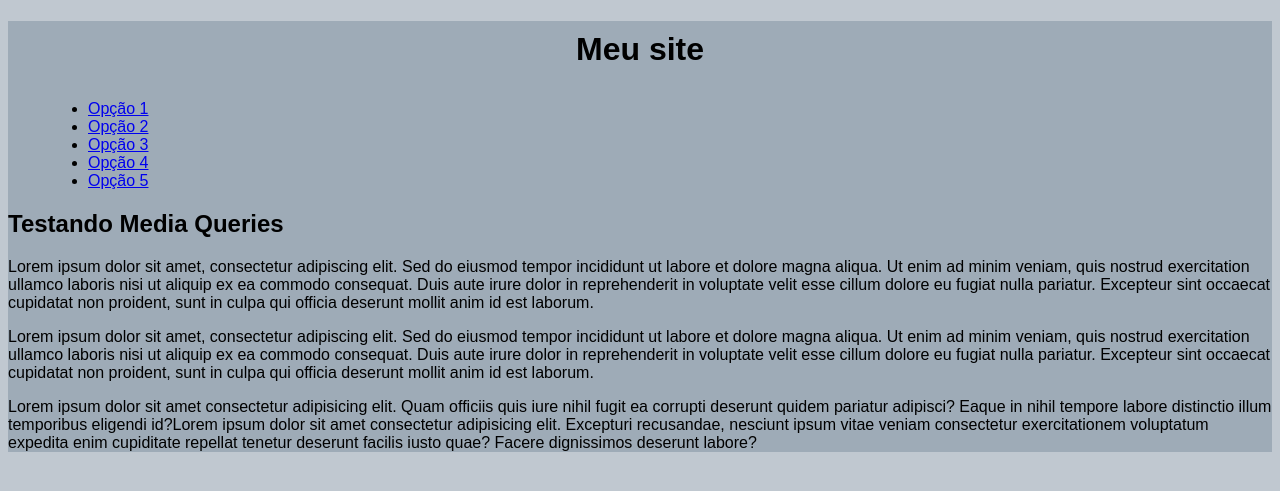
Repository: Sandro1969-tech/menu-hamburger
Page: index.html
The author's editor kept a copy of each file at every save. The page is drawn from the files as they stood at one save, then again after the next save.
The browser window is 1280 px wide. The pictures show the whole page.

Above is the page before, as saved 2025-12-25 18:03:52.

After the next save:
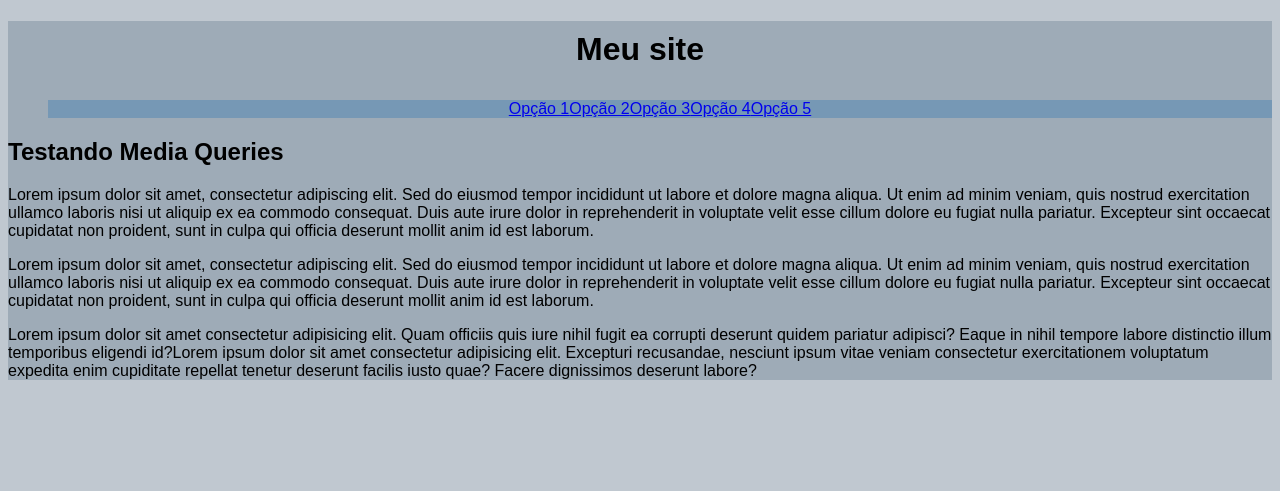
Saved 12 s later.
--- a/style.css
+++ b/style.css
@@ -22,5 +22,10 @@ menu {
     display: block;
 }
 menu > ul {
-
+    list-style: none;
+    padding: 0;
+    margin: 0;
+    display: flex;
+    justify-content: center;
+    background-color: rgba(70, 130, 180, 0.459);
 }
